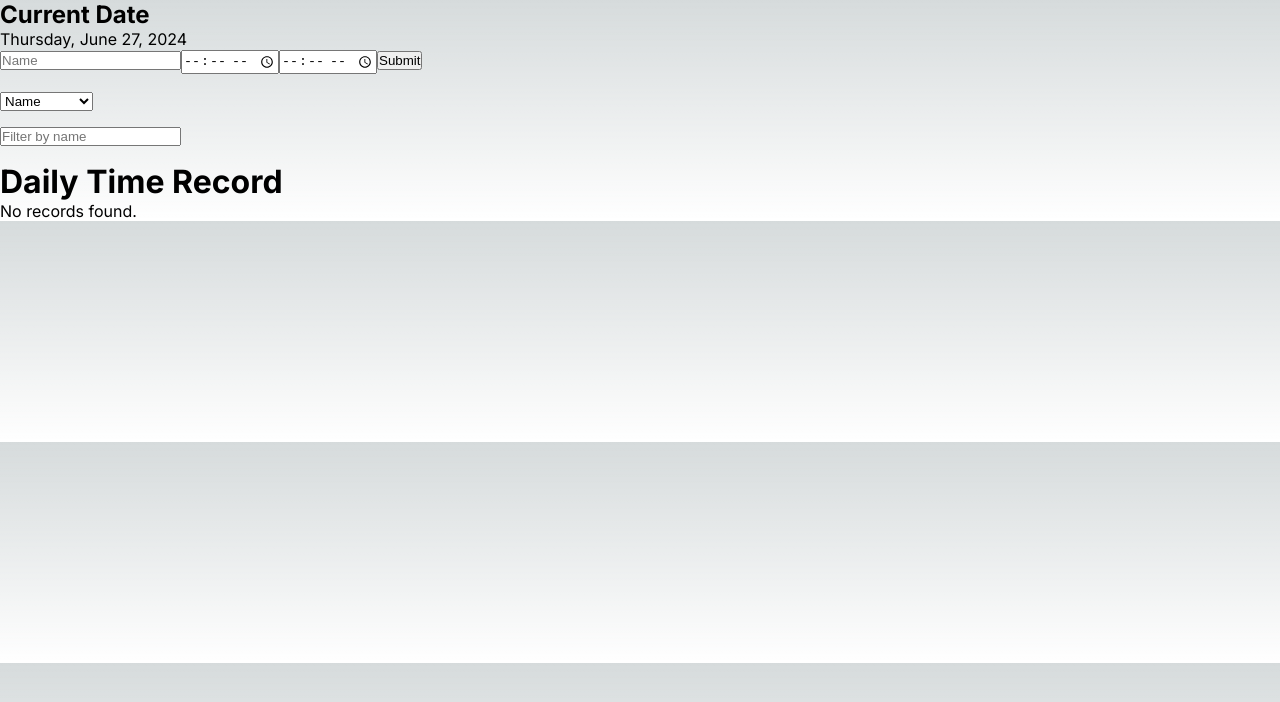
Repository: EeeeeEyyyy/daily_time_record
Page: /
These files come from the project's save history. The page is drawn as it stood at one moment and after the next save; the edit follows.
The browser window is 1280 px wide. The pictures show the whole page.
The project was rebuilt for these pictures with package versions that can differ from the ones it lists, and the page was loaded fresh each time. The framework's server and built-in components were replaced by stand-ins that run in the browser. Also part of the build but not shown: next.config.mjs.

Above is the page before, as saved 2024-06-27 14:24:42.

### src/app/layout.js
import { Inter } from "next/font/google";
import "./globals.css";

const inter = Inter({ subsets: ["latin"] });

export const metadata = {
  title: "Daily Time Record",
  description: "Generated by create next app",
};

export default function RootLayout({ children }) {
  return (
    <html lang="en">
      <body className={inter.className}>{children}</body>
    </html>
  );
}

### src/app/page.js
"use client";
import React, { useEffect, useState } from 'react';

const DailyTimeRecord = () => {
  const [data, setData] = useState([]);
  const [name, setName] = useState('');
  const [arrivalTime, setArrivalTime] = useState('');
  const [timeOut, setTimeOut] = useState('');
  const [date, setDate] = useState('');
  const [errors, setErrors] = useState({ name: '', arrivalTime: '', timeOut: '' });
  const [filter, setFilter] = useState('');
  const [filterType, setFilterType] = useState('name');
  const [editIndex, setEditIndex] = useState(null);

  useEffect(() => {
    const storedData = JSON.parse(localStorage.getItem('user')) || [];
    setData(storedData);
    setDate(getCurrentDate());
  }, []);

  const getCurrentDate = () => {
    const now = new Date();
    return now.toLocaleDateString('en-US', {
      weekday: 'long',
      year: 'numeric',
      month: 'long',
      day: 'numeric'
    });
  };

  const formatTimeForInput = (time) => {
    const date = new Date();
    const [hours, minutes] = time.split(':');
    date.setHours(hours);
    date.setMinutes(minutes);
    return date.toTimeString().slice(0, 5);
  };

  const handleChangeName = (value) => {
    setName(value);
  };

  const handleChangeArrivalTime = (value) => {
    setArrivalTime(value);
  };

  const handleChangeTimeOut = (value) => {
    setTimeOut(value);
  };

  const handleSubmit = () => {
    const newErrors = {
      name: name ? '' : 'Name is required',
      arrivalTime: arrivalTime ? '' : 'Arrival time is required',
      timeOut: timeOut ? '' : 'Time out is required'
    };

    if (newErrors.name || newErrors.arrivalTime || newErrors.timeOut) {
      setErrors(newErrors);
      return;
    }

    const payload = {
      name,
      date,
      arrivalTime: formatTimeForInput(arrivalTime),
      timeOut: formatTimeForInput(timeOut)
    };

    if (editIndex !== null) {
      const updatedData = data.map((item, index) =>
        index === editIndex ? payload : item
      );
      setData(updatedData);
      localStorage.setItem('user', JSON.stringify(updatedData));
      setEditIndex(null);
    } else {
      const updatedData = [...data, payload];
      setData(updatedData);
      localStorage.setItem('user', JSON.stringify(updatedData));
    }

    setName('');
    setArrivalTime('');
    setTimeOut('');
    setErrors({ name: '', arrivalTime: '', timeOut: '' });
  };

  const handleDelete = (index) => {
    const updatedData = data.filter((_, i) => i !== index);
    setData(updatedData);
    localStorage.setItem('user', JSON.stringify(updatedData));
  };

  const handleEdit = (index) => {
    const record = data[index];
    setName(record.name);
    setArrivalTime(record.arrivalTime);
    setTimeOut(record.timeOut);
    setEditIndex(index);
  };

  const handleFilterChange = (e) => {
    setFilter(e.target.value);
  };

  const handleFilterTypeChange = (e) => {
    setFilterType(e.target.value);
  };

  const filteredData = data.filter((item) => {
    const searchTerm = filter.toLowerCase();
    if (filterType === 'name') {
      return item.name.toLowerCase().includes(searchTerm);
    } else if (filterType === 'date') {
      return item.date.toLowerCase().includes(searchTerm);
    } else if (filterType === 'arrivalTime') {
      return item.arrivalTime.toLowerCase().includes(searchTerm);
    } else if (filterType === 'timeOut') {
      return item.timeOut.toLowerCase().includes(searchTerm);
    }
    return false;
  });

  return (
    <div>
      <div>
        <h2>Current Date</h2>
        <p>{date}</p>
      </div>

      <input
        type="text"
        placeholder="Name"
        value={name}
        onChange={(e) => handleChangeName(e.target.value)}
      />
      {errors.name && <p style={{ color: 'red' }}>{errors.name}</p>}

      <input
        type="time"
        placeholder="Time of Arrival"
        value={arrivalTime}
        onChange={(e) => handleChangeArrivalTime(e.target.value)}
      />
      {errors.arrivalTime && <p style={{ color: 'red' }}>{errors.arrivalTime}</p>}

      <input
        type="time"
        placeholder="Time Out"
        value={timeOut}
        onChange={(e) => handleChangeTimeOut(e.target.value)}
      />
      {errors.timeOut && <p style={{ color: 'red' }}>{errors.timeOut}</p>}

      <button onClick={handleSubmit}>
        {editIndex !== null ? 'Update' : 'Submit'}
      </button>

      <div style={{ marginTop: '1rem' }}>
        <select value={filterType} onChange={handleFilterTypeChange}>
          <option value="name">Name</option>
          <option value="date">Date</option>
          <option value="arrivalTime">Arrival Time</option>
          <option value="timeOut">Time Out</option>
        </select>
        <input
          type="text"
          placeholder={`Filter by ${filterType}`}
          value={filter}
          onChange={handleFilterChange}
          style={{ display: 'block', marginTop: '1rem' }}
        />
      </div>

      <div style={{ marginTop: '1rem' }}>
        <h1>Daily Time Record</h1>
        {filteredData.length > 0 ? (
          filteredData.map((item, index) => (
            <div key={index} style={{ marginBottom: '1rem' }}>
              <pre>
                Name: {item.name}<br />
                Date: {item.date}<br />
                Time of Arrival: {item.arrivalTime}<br />
                Time Out: {item.timeOut}
              </pre>
              <button onClick={() => handleEdit(index)}>Edit</button>
              <button onClick={() => handleDelete(index)}>Delete</button>
            </div>
          ))
        ) : (
          <p>No records found.</p>
        )}
      </div>
    </div>
  );
};

export default DailyTimeRecord;

Loaded but not shown: src/app/globals.css (common file)

After the next save:
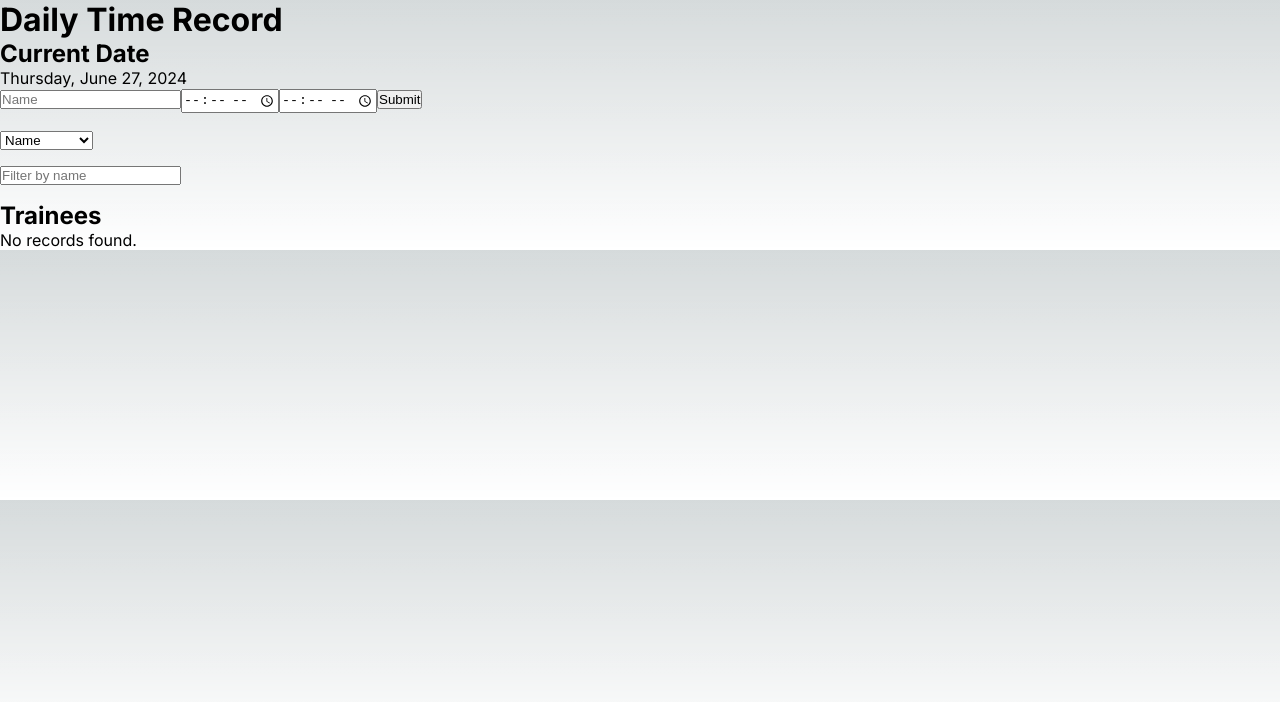
Saved 2 min 21 s later.
--- a/src/app/page.js
+++ b/src/app/page.js
@@ -124,6 +124,7 @@ const DailyTimeRecord = () => {
 
   return (
     <div>
+              <h1>Daily Time Record</h1>
       <div>
         <h2>Current Date</h2>
         <p>{date}</p>
@@ -174,7 +175,7 @@ const DailyTimeRecord = () => {
       </div>
 
       <div style={{ marginTop: '1rem' }}>
-        <h1>Daily Time Record</h1>
+        <h2>Trainees</h2>
         {filteredData.length > 0 ? (
           filteredData.map((item, index) => (
             <div key={index} style={{ marginBottom: '1rem' }}>
